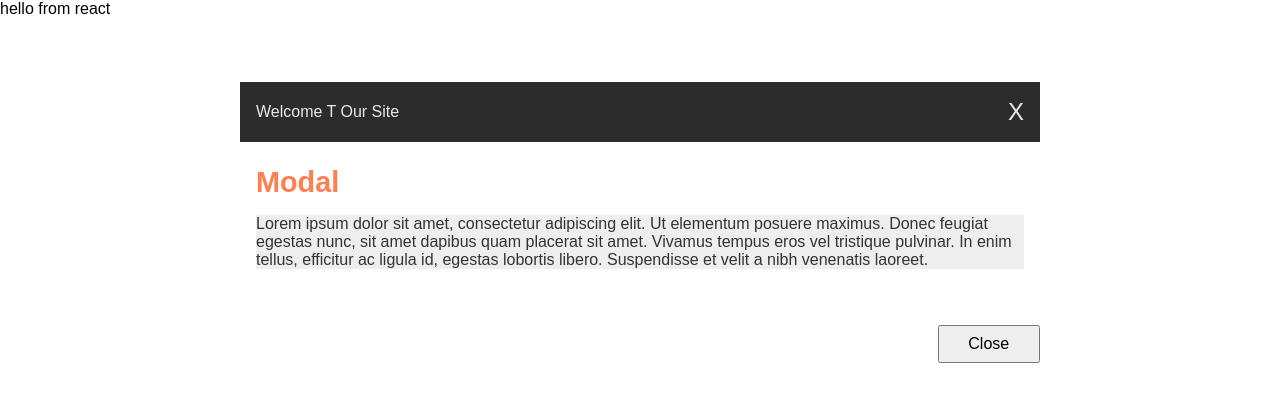
Repository: KrzysKolo/sr_tydzien5_zad1
Page: /
An editor plug-in stored every save of this project. The page is shown before and after the next save, followed by the edit.
The browser window is 1280 px wide. The pictures show the whole page.
The project was rebuilt for these pictures with package versions that can differ from the ones it lists, and the page was loaded fresh each time.

Above is the page before, as saved 2020-12-18 13:51:16.

After the next save:
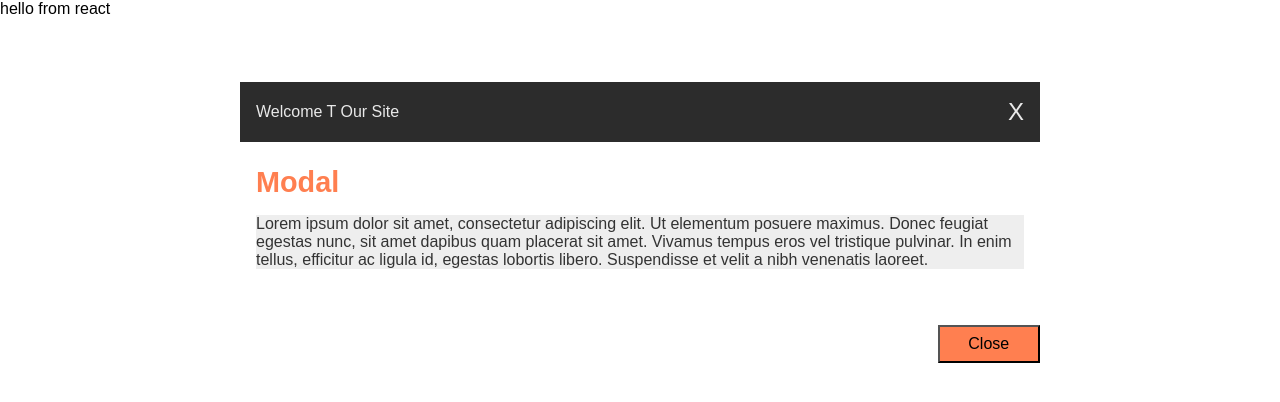
Saved 42 s later.
--- a/src/components/modal/Modal.css
+++ b/src/components/modal/Modal.css
@@ -45,4 +45,5 @@ body {
   font-size: 1rem;
   margin-left: auto;
   padding: 0.5rem 1.8rem;
+  background-color: coral;
 }
